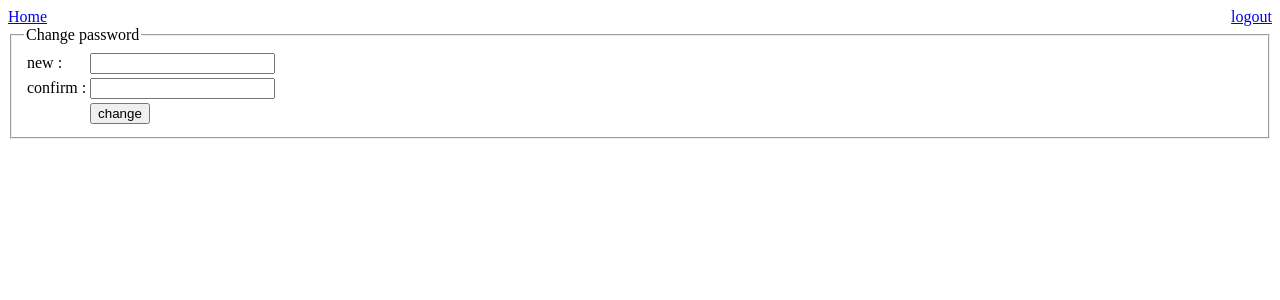
Repository: ashwinibd6697/ust-19sep-ashwinibd
Page: ust-java/empwebapp/WebContent/changepassword.html
An editor plug-in stored every save of this project. The page is shown before and after the next save, followed by the edit.
The browser window is 1280 px wide. The pictures show the whole page.

Above is the page before, as saved 2019-11-16 06:36:52.

### ust-java/empwebapp/WebContent/changepassword.html
<!DOCTYPE html>
<html>
<head>
<meta charset="ISO-8859-1">
<title>Change password</title>
</head>
<body>
<a href="./home">Home</a><a style="float :right" href="./logout">logout</a>
<fieldset>
<legend>Change password</legend>
<form action="./change" method = "post">
   <table>
  <tr>
  <td>new     : </td>
  <td><input name ="new" type="password"> </td>
  </tr>
  <tr>
  <td>confirm : </td>
      <td><input type ="password" name ="changepassword"></td>
      </tr>
    <tr>
    <td></td>
  <td><input type ="submit" value ="change">
</tr>

     </table>
    </form>
    </fieldset>
</body>
</html>

After the next save:
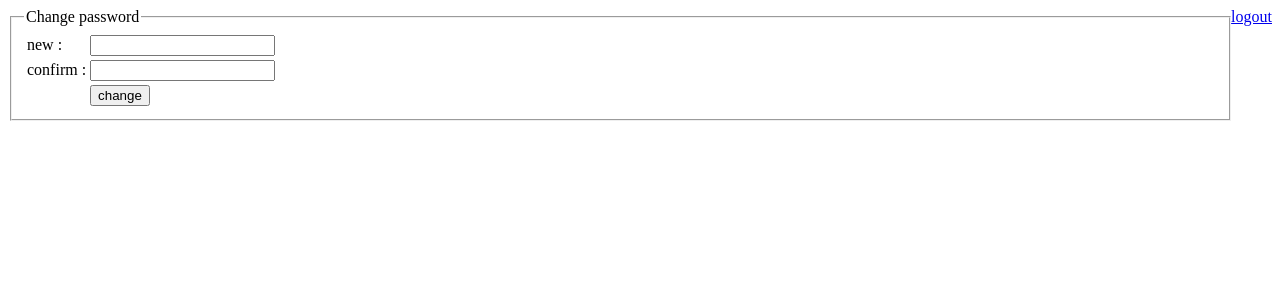
Saved 6 min 30 s later.
--- a/ust-java/empwebapp/WebContent/changepassword.html
+++ b/ust-java/empwebapp/WebContent/changepassword.html
@@ -5,7 +5,7 @@
 <title>Change password</title>
 </head>
 <body>
-<a href="./home">Home</a><a style="float :right" href="./logout">logout</a>
+<a style="float :right" href="./logout">logout</a>
 <fieldset>
 <legend>Change password</legend>
 <form action="./change" method = "post">

After the save that followed:
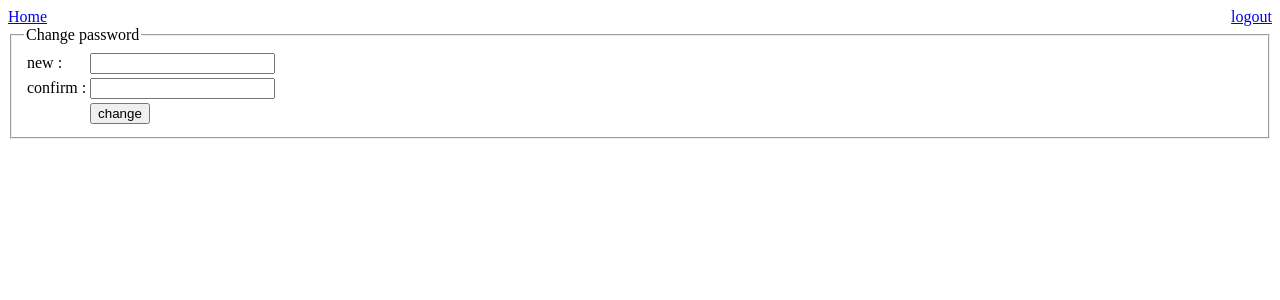
Saved 115 s later.
--- a/ust-java/empwebapp/WebContent/changepassword.html
+++ b/ust-java/empwebapp/WebContent/changepassword.html
@@ -5,7 +5,7 @@
 <title>Change password</title>
 </head>
 <body>
-<a style="float :right" href="./logout">logout</a>
+<a href="./home">Home</a><a style="float :right" href="./logout">logout</a>
 <fieldset>
 <legend>Change password</legend>
 <form action="./change" method = "post">
